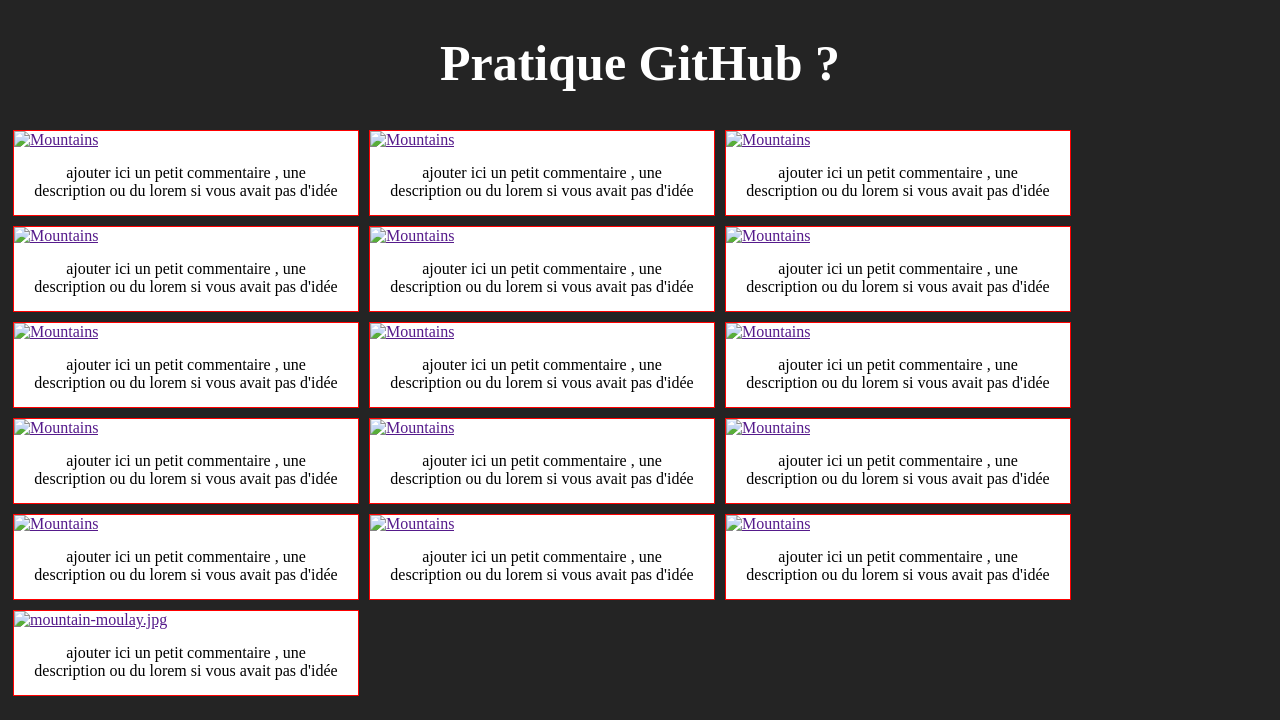
Repository: GigiGX/Trombi
Page: index.html
The author's editor kept a copy of each file at every save. The page is drawn from the files as they stood at one save, then again after the next save.
The browser window is 1280 px wide. The pictures show the whole page.

Above is the page before, as saved 2019-02-13 11:35:53.

After the next save:
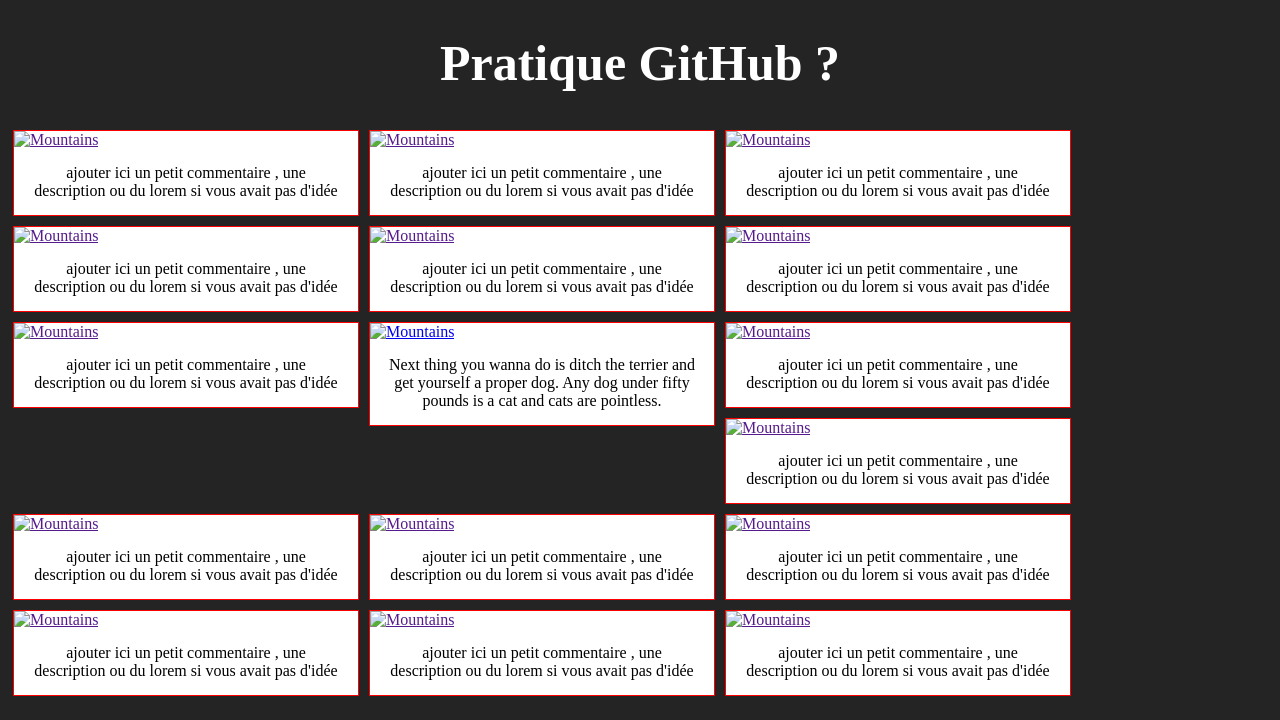
Saved 67 s later.
--- a/index.html
+++ b/index.html
@@ -80,10 +80,10 @@
     <!-- CLEMENT -->
     <div class="gallery">
         <!-- LA TAILLE DE L'IMAGE DOIT ÊTRE EN 800PX / 600PX -->
-        <a target="_blank" href="">
+        <a target="_blank" href="img/clement.png">
                 <img src="" alt="Mountains" width="600" height="400">
             </a>
-            <div class="desc">ajouter ici un petit commentaire , une description ou du lorem si vous avait pas d'idée </div>
+            <div class="desc">Next thing you wanna do is ditch the terrier and get yourself a proper dog. Any dog under fifty pounds is a cat and cats are pointless.</div>
         </div>
 
     <!-- DINARA -->
@@ -153,7 +153,7 @@
     <div class="gallery">
         <!-- LA TAILLE DE L'IMAGE DOIT ÊTRE EN 800PX / 600PX -->
         <a target="_blank" href="">
-                <img src="" alt="mountain-moulay.jpg" width="600" height="400">
+                <img src="" alt="Mountains" width="600" height="400">
             </a>
             <div class="desc">ajouter ici un petit commentaire , une description ou du lorem si vous avait pas d'idée </div>
         </div>
